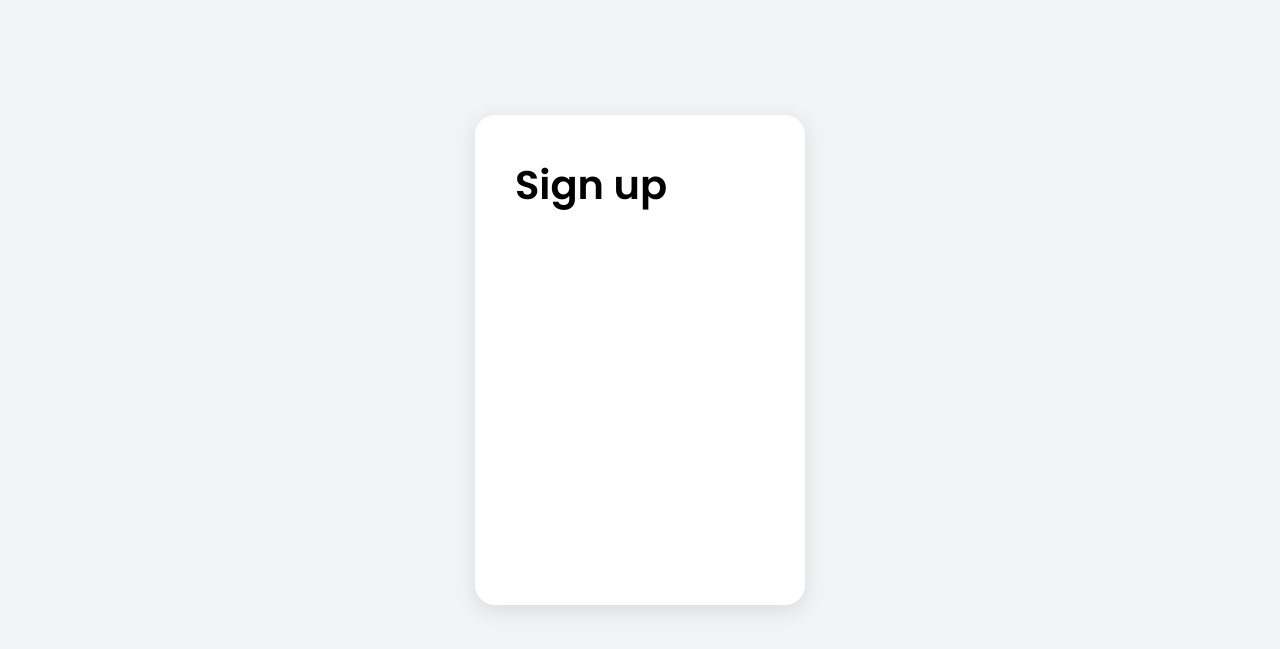
Repository: TranMinhMan040702/practice_html-css
Page: form-login/index.html
An editor plug-in stored every save of this project. The page is shown before and after the next save, followed by the edit.
The browser window is 1280 px wide. The pictures show the whole page.
Some web libraries are served in a nearby version.

Above is the page before, as saved 2022-08-24 12:43:26.

### form-login/index.html
<!DOCTYPE html>
<html lang="en">
<head>
    <meta charset="UTF-8">
    <meta http-equiv="X-UA-Compatible" content="IE=edge">
    <meta name="viewport" content="width=device-width, initial-scale=1.0">
    <link href="https://fonts.googleapis.com/css2?family=Poppins:wght@300;400;600&display=swap" rel="stylesheet">
    <link rel="stylesheet" href="https://cdnjs.cloudflare.com/ajax/libs/font-awesome/6.1.2/css/all.min.css" integrity="sha512-1sCRPdkRXhBV2PBLUdRb4tMg1w2YPf37qatUFeS7zlBy7jJI8Lf4VHwWfZZfpXtYSLy85pkm9GaYVYMfw5BC1A==" crossorigin="anonymous" referrerpolicy="no-referrer" />
    <title>Sign up</title>
    <link rel="stylesheet" href="reset.css">
    <link rel="stylesheet" href="main.css">
</head>
<body>
    <div class="singup">
        <div class="signup-heading">
            <h1>Sign up</h1>
        </div>
    </div>
</body>
</html>

### form-login/reset.css
html,
body,
div,
span,
applet,
object,
iframe,
h1,
h2,
h3,
h4,
h5,
h6,
p,
blockquote,
pre,
a,
abbr,
acronym,
address,
big,
cite,
code,
del,
dfn,
em,
img,
ins,
kbd,
q,
s,
samp,
small,
strike,
strong,
sub,
sup,
tt,
var,
b,
u,
i,
center,
dl,
dt,
dd,
ol,
ul,
li,
fieldset,
form,
label,
legend,
table,
caption,
tbody,
tfoot,
thead,
tr,
th,
td,
article,
aside,
canvas,
details,
embed,
figure,
figcaption,
footer,
header,
hgroup,
menu,
nav,
output,
ruby,
section,
summary,
time,
mark,
audio,
video {
  margin: 0;
  padding: 0;
  border: 0;
  font-size: 100%;
  font: inherit;
  vertical-align: baseline;
}
/* HTML5 display-role reset for older browsers */
article,
aside,
details,
figcaption,
figure,
footer,
header,
hgroup,
menu,
nav,
section {
  display: block;
}
body {
  line-height: 1;
}
ol,
ul {
  list-style: none;
}
blockquote,
q {
  quotes: none;
}
blockquote:before,
blockquote:after,
q:before,
q:after {
  content: "";
  content: none;
}
table {
  border-collapse: collapse;
  border-spacing: 0;
}

### form-login/main.css
html {
    font-size: 62.5%;
    font-family: "Poppins", sans-serif;
}

* {
    box-sizing: border-box;
}

body {
    width: 100%;
    height: 100vh;
    background-color: #f2f3f5;
    display: flex;
    justify-content: center;
    align-items: center;
}

.singup {
    max-width: 330px;
    width: 100%;
    height: 490px;
    background-color: #fff;
    padding: 50px 40px;
    border-radius: 20px;
    box-shadow: 0px 5px 20px rgba(0, 0, 0, 0.1);
}

.signup-heading {
    font-size: 40px;
    font-weight: 600;
}

After the next save:
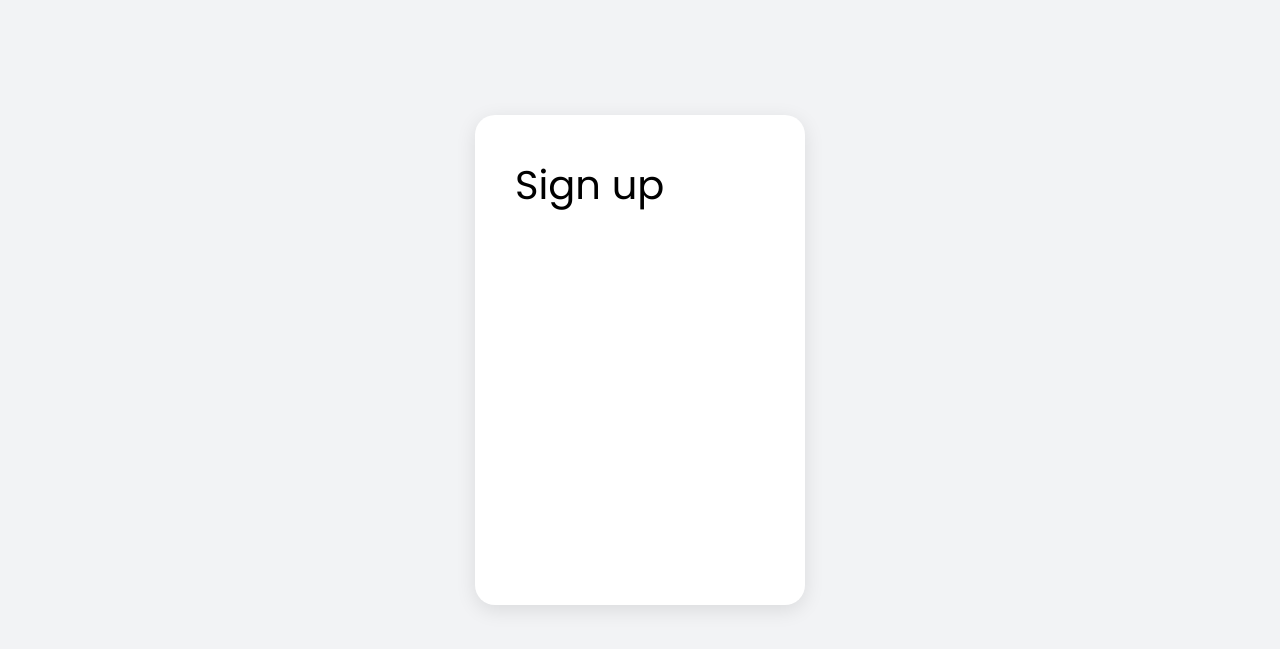
Saved 4 s later.
--- a/form-login/main.css
+++ b/form-login/main.css
@@ -28,5 +28,5 @@ body {
 
 .signup-heading {
     font-size: 40px;
-    font-weight: 600;
+    font-weight: 400;
 }
